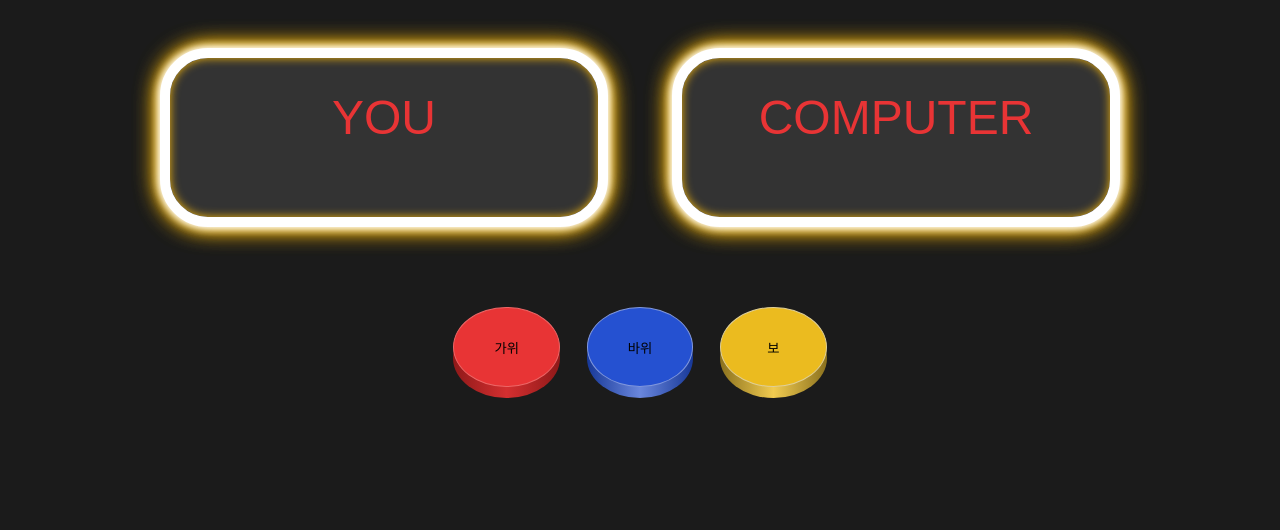
Repository: KIMMIHYE12/classComponent
Page: /
The author's editor kept a copy of each file at every save. The page is drawn from the files as they stood at one save, then again after the next save.
The browser window is 1280 px wide. The pictures show the whole page.
Some web fonts or font styles are not loaded; a fallback is used. The project was rebuilt for these pictures with package versions that can differ from the ones it lists, and the page was loaded fresh each time.

Above is the page before, as saved 2024-03-19 21:51:26.

After the next save:
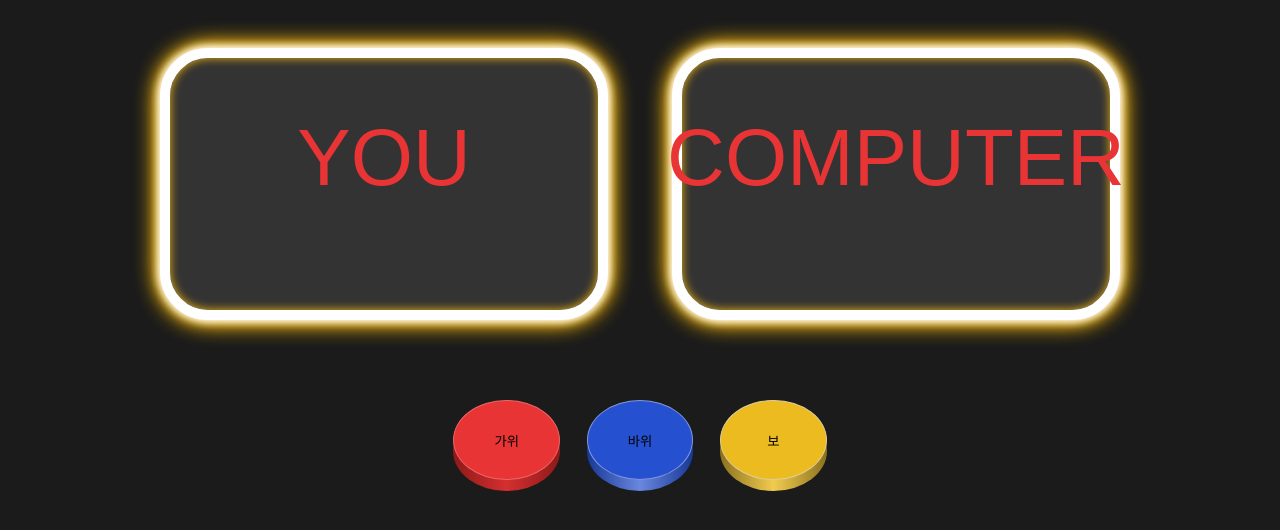
Saved 5 min 30 s later.
--- a/src/App.css
+++ b/src/App.css
@@ -34,11 +34,17 @@
 }
 
 h1 {
-  font-size: 3em;
+  font-size: 5em;
   color: #e83435;
   font-family: "gloridot", sans-serif;
   font-weight: 400;
   font-style: normal;
+}
+
+h2 {
+  font-size: 2em;
+  color: #e83435;
+  font-family: "gloridot", sans-serif;
 }
 
 img {
